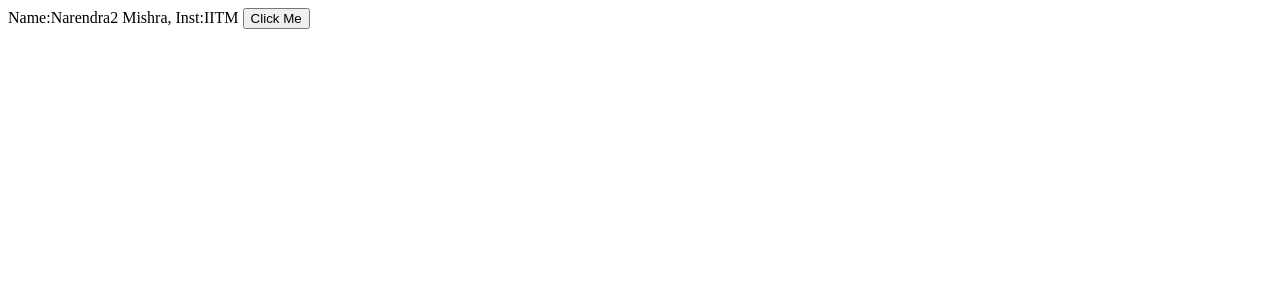
Repository: narendraiitm/sept23-live-sessions
Page: vue-basic/index.html
These files come from the project's save history. The page is drawn as it stood at one moment and after the next save; the edit follows.
The browser window is 1280 px wide. The pictures show the whole page.

Above is the page before, as saved 2023-10-17 20:59:29.

After the next save:
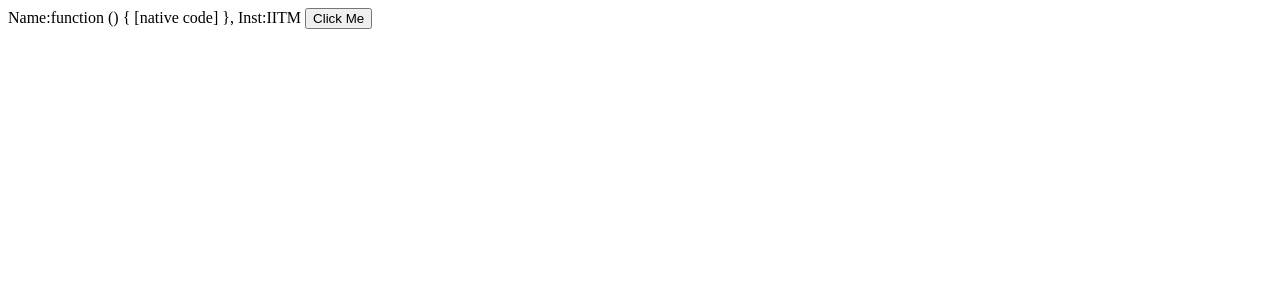
Saved 105 s later.
--- a/vue-basic/app.js
+++ b/vue-basic/app.js
@@ -1,7 +1,7 @@
 new Vue({
   // options object
   el: '#app',
-  template: `<div>Name:{{fullName}}, Inst:{{inst}}
+  template: `<div>Name:{{sayHello}}, Inst:{{inst}}
   <button v-on:click='sayHello'>Click Me</button>
   </div>`,
   data: {

After the 4 saves that followed:
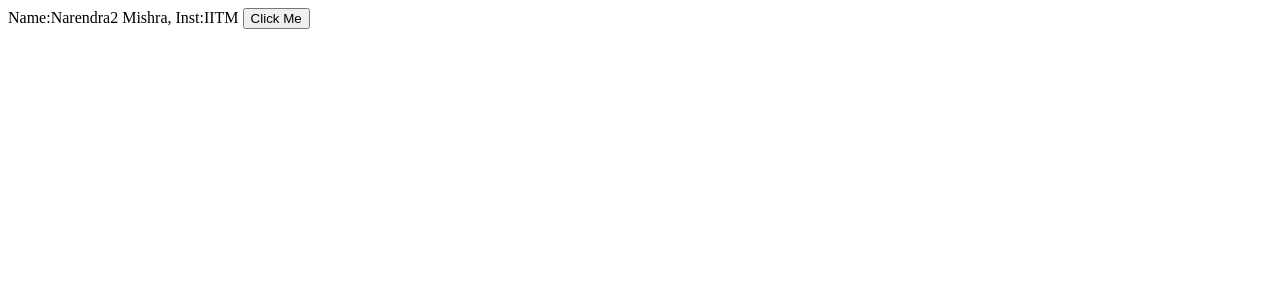
The 4 saves are shown as one change because 2 left the picture as it was and some came seconds apart.
The last was saved 83 s later.
--- a/vue-basic/app.js
+++ b/vue-basic/app.js
@@ -1,7 +1,7 @@
 new Vue({
   // options object
   el: '#app',
-  template: `<div>Name:{{sayHello}}, Inst:{{inst}}
+  template: `<div>Name:{{fullName}}, Inst:{{inst}}
   <button v-on:click='sayHello'>Click Me</button>
   </div>`,
   data: {
